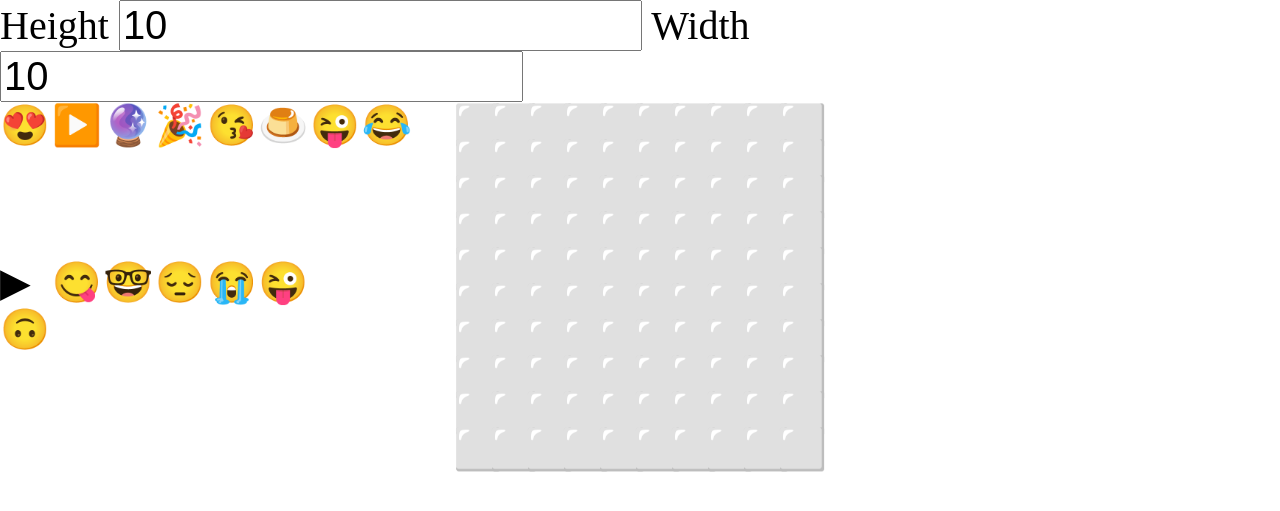
Repository: roast-rabbit/emoji-art-generator
Page: index.html
The author's editor kept a copy of each file at every save. The page is drawn from the files as they stood at one save, then again after the next save.
The browser window is 1280 px wide. The pictures show the whole page.

Above is the page before, as saved 2022-12-06 16:14:45.

After the next save:
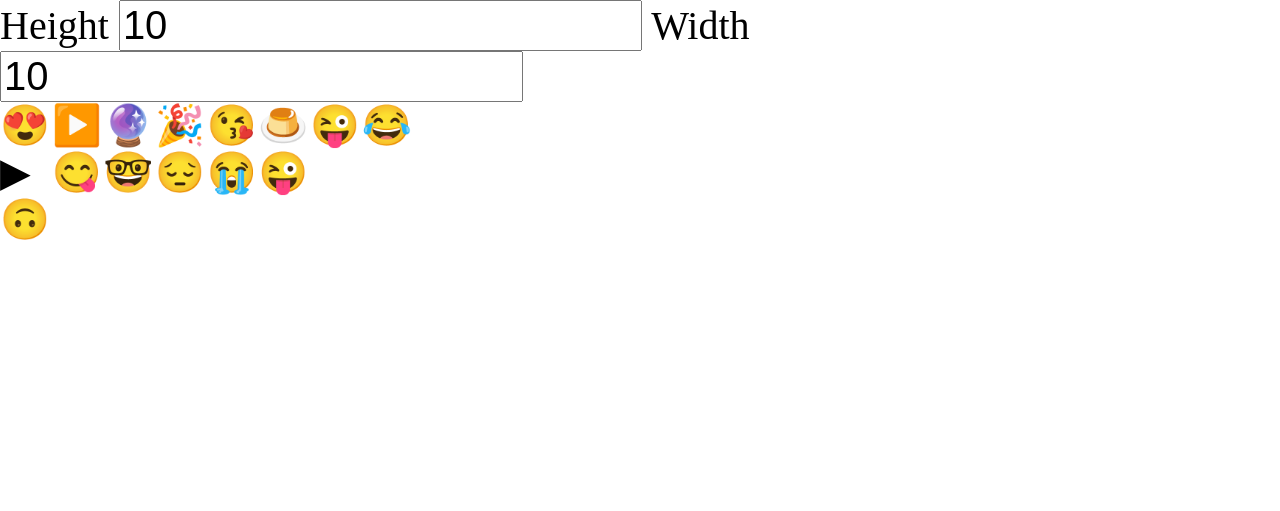
Console error: SyntaxError: Malformed arrow function parameter list
Saved 82 s later.
--- a/index.js
+++ b/index.js
@@ -23,10 +23,13 @@
 
 createBoard(height, width);
 
+ setEmojiToTarget(e)=>{
+  e.target.textContent = currentSelectedEmoji;
+}
+
 board.addEventListener("mousedown", (e) => {
   e.preventDefault();
   board.addEventListener("mousemove", (e) => {
-    console.log(e.target);
     e.target.textContent = currentSelectedEmoji;
   });
   board.addEventListener("mouseup", () => {

After the save that followed:
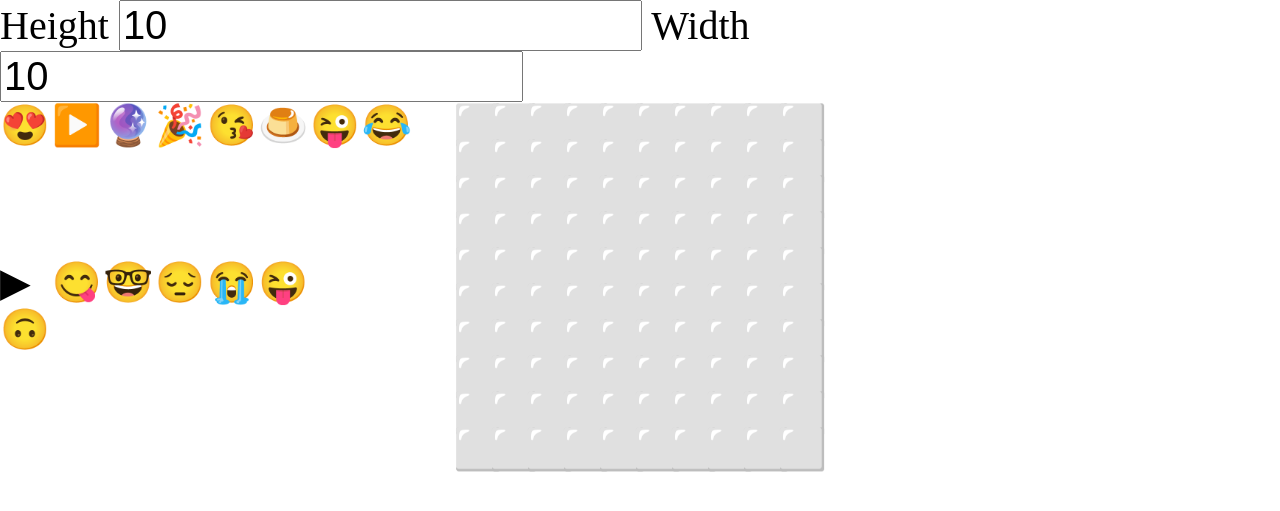
The error is gone.
Saved 11 s later.
--- a/index.js
+++ b/index.js
@@ -23,9 +23,9 @@
 
 createBoard(height, width);
 
- setEmojiToTarget(e)=>{
+const setEmojiToTarget = (e) => {
   e.target.textContent = currentSelectedEmoji;
-}
+};
 
 board.addEventListener("mousedown", (e) => {
   e.preventDefault();
